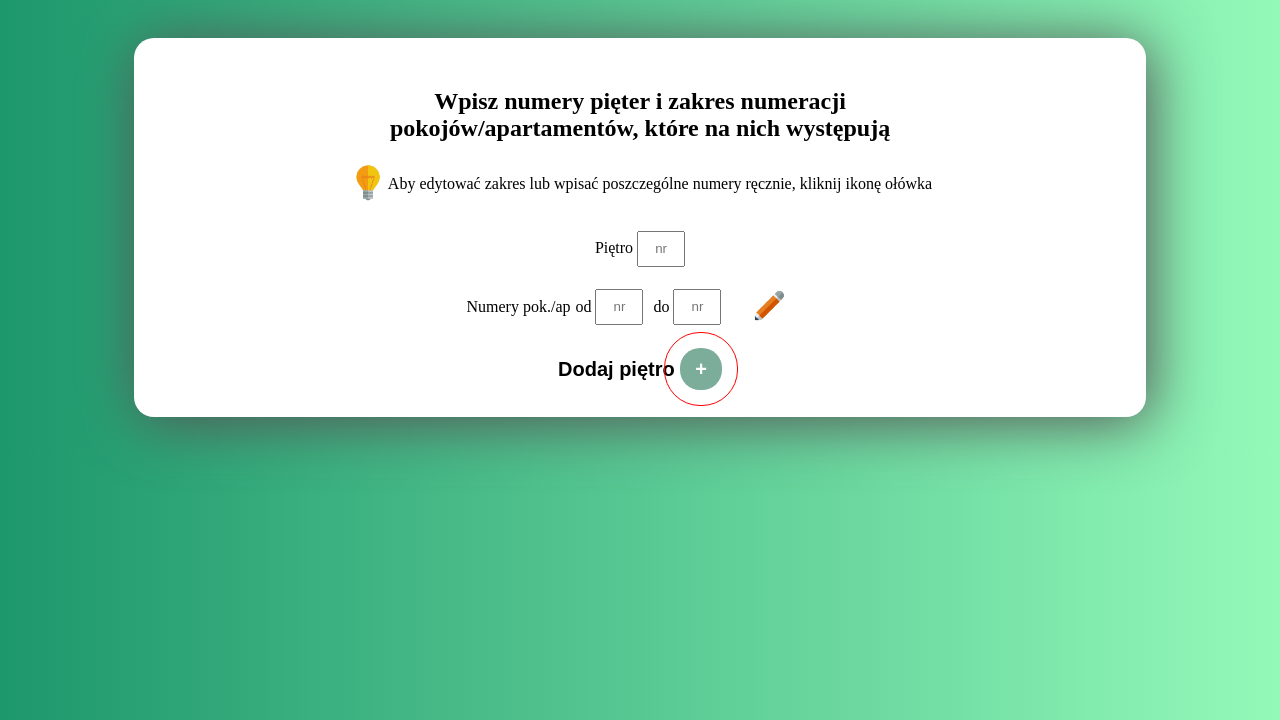
Repository: kateotto/vue-hotel-app
Page: /
An editor plug-in stored every save of this project. The page is shown before and after the next save, followed by the edit.
The browser window is 1280 px wide. The pictures show the whole page.
The first visible `.add-button` has the focus.
The project was rebuilt for these pictures with package versions that can differ from the ones it lists, and the page was loaded fresh each time. Also part of the build but not shown: src/components/Rooms.vue, src/components/Floor.vue.

Above is the page before, as saved 2020-03-15 23:13:37.

After the next save:
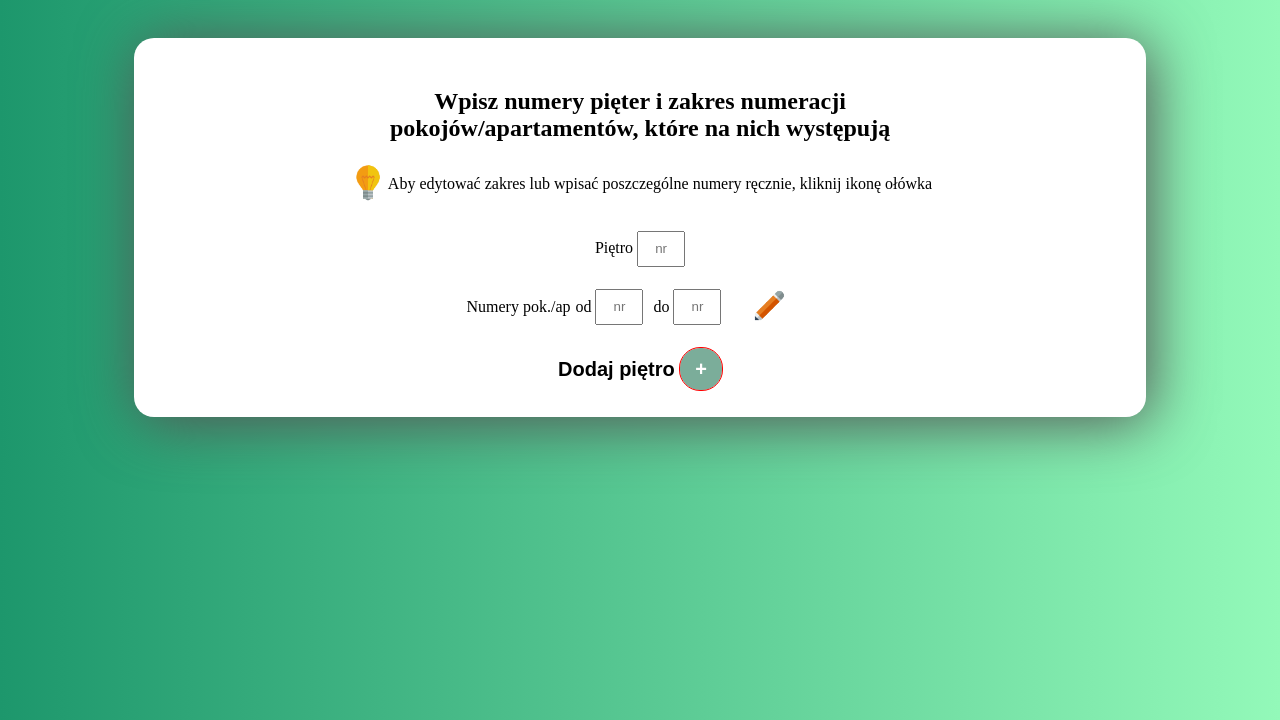
Saved 8 s later.
--- a/src/components/Container.vue
+++ b/src/components/Container.vue
@@ -249,7 +249,6 @@ label {
 
 .add-button:focus::after {
   outline: 1px solid red;
-  outline-offset: 15px;
 }
 
 .error {
